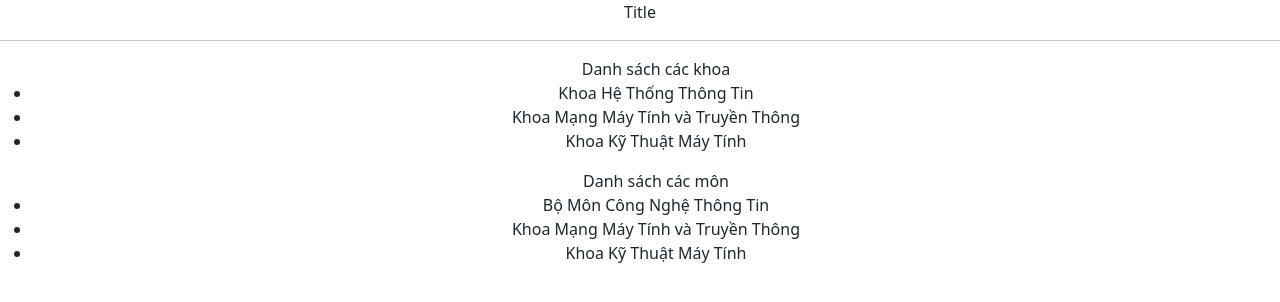
Repository: hoapham2k2/bai_tap_thuc_hanh_is207.n12
Page: index.html
The author's editor kept a copy of each file at every save. The page is drawn from the files as they stood at one save, then again after the next save.
The browser window is 1280 px wide. The pictures show the whole page.

Above is the page before, as saved 2022-09-19 08:47:02.

### index.html
<!DOCTYPE html>
<html lang="en">

<head>
    <meta charset="UTF-8">
    <meta http-equiv="X-UA-Compatible" content="IE=edge">
    <meta name="viewport" content="width=device-width, initial-scale=1.0">
    <!-- Latest compiled and minified CSS -->
    <link href="https://cdn.jsdelivr.net/npm/bootstrap@5.2.1/dist/css/bootstrap.min.css" rel="stylesheet">

    <!-- Latest compiled JavaScript -->
    <script src="https://cdn.jsdelivr.net/npm/bootstrap@5.2.1/dist/js/bootstrap.bundle.min.js"></script>

    <title>Document</title>

    <style>
        *,
        *::before,
        *::after {
            box-sizing: border-box;
        }

        * {
            margin: 0;
            padding: 0;
            font: inherit;
        }

        body {
            line-height: 1.5;
        }

        img,
        picture,
        video,
        canvas,
        svg {
            display: block;
            max-width: 100%;
        }

        input,
        button,
        textarea,
        select {
            outline: none;
        }

        p,
        h1,
        h2,
        h3,
        h4,
        h5,
        h6 {
            overflow-wrap: break-word;
        }
    </style>
</head>

<body>

    <div class="wrapper text-center">
        <div class="wrapper_header">
            <div class="wrapper_header_logo"></div>
            <div class="wrapper_header_title">Title</div>
        </div>
        <hr>
        <div class="wrapper_body">
            <ul class="wrapper_list_1st">Danh sách các khoa
                <li class="wrapper_item">Khoa Hệ Thống Thông Tin</li>
                <li class="wrapper_item">Khoa Mạng Máy Tính và Truyền Thông</li>
                <li class="wrapper_item">Khoa Kỹ Thuật Máy Tính</li>
            </ul>
            <ul class="wrapper_list_2st">Danh sách các môn
                <li class="wrapper_item">Bộ Môn Công Nghệ Thông Tin</li>
                <li class="wrapper_item">Khoa Mạng Máy Tính và Truyền Thông</li>
                <li class="wrapper_item">Khoa Kỹ Thuật Máy Tính</li>
            </ul>
        </div>
</body>

</html>

After the next save:
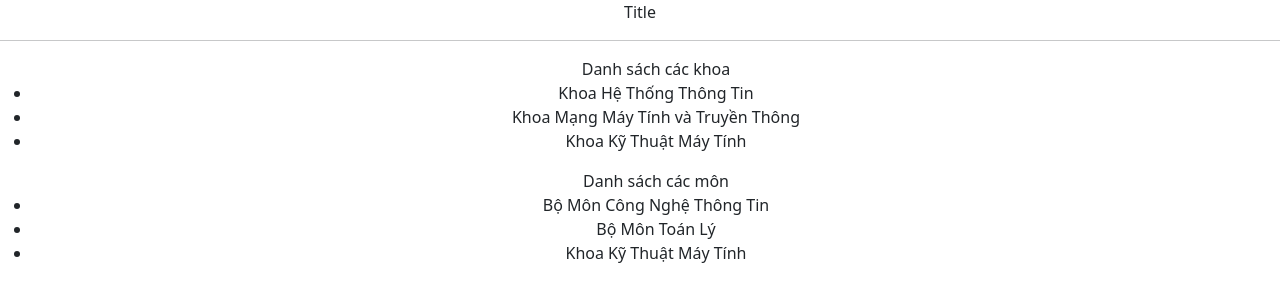
Saved 16 s later.
--- a/index.html
+++ b/index.html
@@ -74,7 +74,7 @@
             </ul>
             <ul class="wrapper_list_2st">Danh sách các môn
                 <li class="wrapper_item">Bộ Môn Công Nghệ Thông Tin</li>
-                <li class="wrapper_item">Khoa Mạng Máy Tính và Truyền Thông</li>
+                <li class="wrapper_item">Bộ Môn Toán Lý</li>
                 <li class="wrapper_item">Khoa Kỹ Thuật Máy Tính</li>
             </ul>
         </div>
